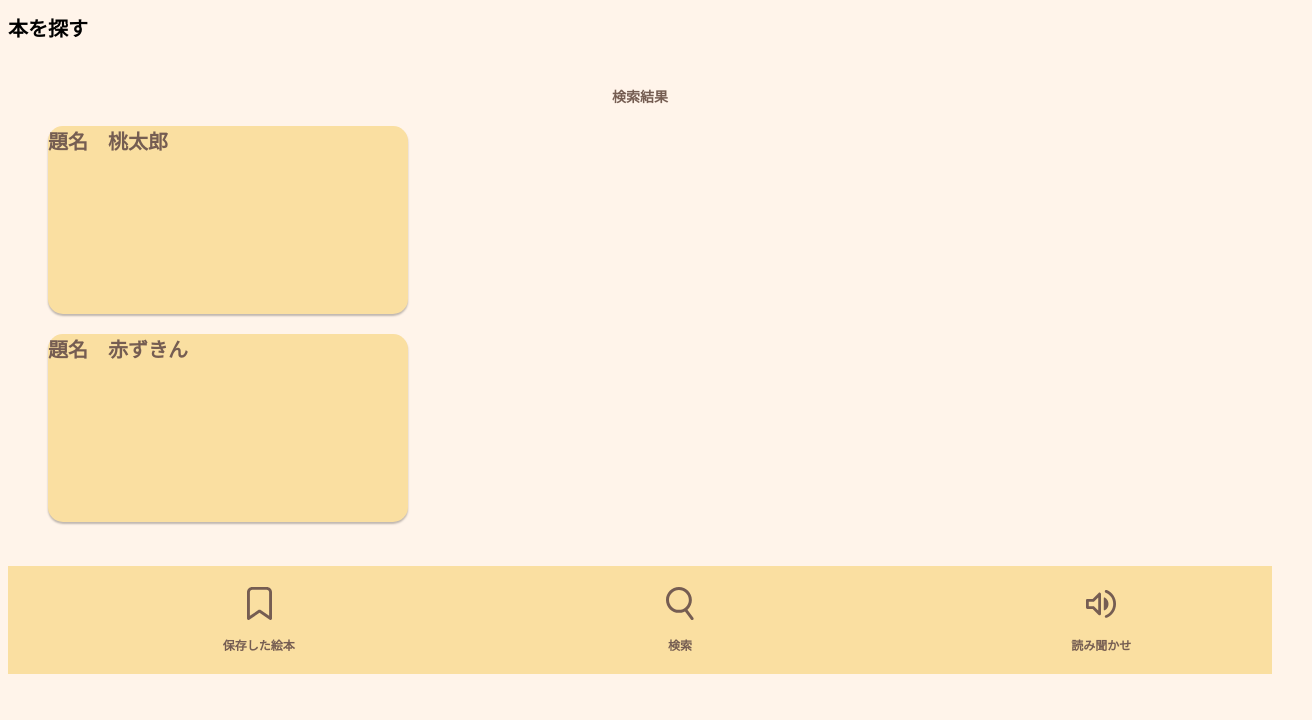
Repository: kmii12/2024-teampj
Page: /result
These files come from the project's save history. The page is drawn as it stood at one moment and after the next save; the edit follows.
The browser window is 1280 px wide. The page is 1312 px wide, so the pictures cover 1312 px, including what lies to the right of the window. The pictures show the whole page.
Some web fonts or font styles are not loaded; a fallback is used. The project was rebuilt for these pictures with package versions that can differ from the ones it lists, and the page was loaded fresh each time. The framework's server and built-in components were replaced by stand-ins that run in the browser. Also part of the build but not shown: next.config.mjs.

Above is the page before, as saved 2024-10-23 10:39:47.

### src/app/result/page.tsx
"use client";

import Link from "next/link";
import styles from "./Result.module.scss";
import { usePathname } from "next/navigation";

export default function Result() {
  const pathname = usePathname();

  //ダミーデータ（あとからfirebaseから取得）
  const ResultDatas = [
    {
      id: 1,
      title: "桃太郎",
      writer: "不明",
      illustrator: "不明",
      livingThing: ["人間", "陸の生き物", "空の生き物"],
      mainCharacter: "桃太郎",
      character: [
        "桃太郎",
        "犬",
        "猿",
        "キジ",
        "鬼",
        "おじいさん",
        "おばあさん",
      ],
      genre: "昔話",
      location: "日本",
      hue: "不明",
      atmosphere: "",
      season: "不明",
    },
    {
      id: 2,
      title: "赤ずきん",
      writer: "不明",
      illustrator: "不明",
      livingThing: ["人間", "陸の生き物", "空の生き物"],
      mainCharacter: "赤ずきん",
      character: ["赤ずきん", "おばあさん", "オオカミ"],
      hue: "不明",
      atmosphere: ["かわいい", "怖い"],
      genre: "昔話",
      location: "海外",
      season: "不明",
    },
  ];
  return (
    <>
      <h1>本を探す</h1>

      <div className={styles.resultContainer}>
        <h2>検索結果</h2>
        <ul className={styles.resultList}>
          <div className={styles.resultItemWrap}>
            {ResultDatas.map((result) => (
              <li key={result.id} className={styles.resultItem}>
                <h3 className="title">題名　{result.title}</h3>
              </li>
            ))}
          </div>
        </ul>
      </div>
    </>
  );
}

### src/app/globals.css
html {
  font-size: 62.5%;
}

body {
  font-family: "Zen Maru Gothic", serif;
  background-color: #fff4ea;
}

a {
  color: inherit;
  text-decoration: none;
}

li {
  list-style-type: none;
}

### src/app/components/Footer.tsx
"use client";

import Link from "next/link";
import styles from "./Footer.module.scss";
import { usePathname } from "next/navigation";

export default function Footer() {
  const pathname = usePathname();

  return (
    <footer className={styles.footer}>
      <nav>
        <ul>
          <li>
            <Link
              href="/saved"
              className={pathname === "/saved" ? styles.active : ""}
            >
              <svg
                xmlns="http://www.w3.org/2000/svg"
                width="40"
                height="40"
                viewBox="0 0 40 40"
                fill="none"
              >
                <path
                  d="M31.5577 36C31.2643 35.9944 30.9782 35.9096 30.7308 35.7549L20.5 28.7589L10.2692 35.7549C10.0433 35.8898 9.78379 35.9611 9.51923 35.9611C9.25467 35.9611 8.99521 35.8898 8.76923 35.7549C8.54791 35.643 8.3604 35.4762 8.22542 35.271C8.09043 35.0658 8.01271 34.8295 8 34.5857V8.18571C8 6.81038 8.55718 5.49137 9.54895 4.51886C10.5407 3.54635 11.8859 3 13.2885 3H27.7115C29.1141 3 30.4593 3.54635 31.451 4.51886C32.4428 5.49137 33 6.81038 33 8.18571V34.5857C33.001 34.8425 32.9297 35.0945 32.7939 35.3141C32.6582 35.5337 32.4633 35.7123 32.2308 35.8303C32.0245 35.9413 31.793 35.9996 31.5577 36ZM20.5 25.6286C20.7947 25.6255 21.0833 25.7111 21.3269 25.8737L30.1154 31.8703V8.18571C30.1154 7.56056 29.8621 6.96101 29.4113 6.51896C28.9605 6.07691 28.3491 5.82857 27.7115 5.82857H13.2885C12.6509 5.82857 12.0395 6.07691 11.5887 6.51896C11.1379 6.96101 10.8846 7.56056 10.8846 8.18571V31.8703L19.6731 25.8737C19.9167 25.7111 20.2053 25.6255 20.5 25.6286Z"
                  fill={pathname === "/saved" ? "#c96868" : "#755D52"}
                />
              </svg>
              <p
                style={{
                  color: pathname === "/saved" ? "#c96868" : "#755D52",
                }}
              >
                保存した絵本
              </p>
            </Link>
          </li>
          <li>
            <Link href="/" className={pathname === "/" ? styles.active : ""}>
              <svg
                xmlns="http://www.w3.org/2000/svg"
                width="40"
                height="40"
                viewBox="0 0 40 40"
                fill="none"
              >
                <path
                  fillRule="evenodd"
                  clipRule="evenodd"
                  d="M18.9346 25.8692C24.4214 25.8692 28.8692 21.4214 28.8692 15.9346C28.8692 10.4479 24.4214 6 18.9346 6C13.4479 6 9 10.4479 9 15.9346C9 21.4214 13.4479 25.8692 18.9346 25.8692ZM18.9346 28.8692C26.0782 28.8692 31.8692 23.0782 31.8692 15.9346C31.8692 8.79103 26.0782 3 18.9346 3C11.791 3 6 8.79103 6 15.9346C6 23.0782 11.791 28.8692 18.9346 28.8692Z"
                  fill={pathname === "/" ? "#c96868" : "#755D52"}
                />
                <path
                  fillRule="evenodd"
                  clipRule="evenodd"
                  d="M33.0447 35.7533C32.3807 36.2486 31.4408 36.1119 30.9455 35.4479L25.0052 27.4848C24.5099 26.8208 24.6466 25.881 25.3106 25.3856C25.9746 24.8903 26.9145 25.027 27.4098 25.691L33.3501 33.6541C33.8455 34.3181 33.7087 35.2579 33.0447 35.7533Z"
                  fill={pathname === "/" ? "#c96868" : "#755D52"}
                />
              </svg>
              <p
                style={{
                  color: pathname === "/" ? "#c96868" : "#755D52",
                }}
              >
                検索
              </p>
            </Link>
          </li>
          <li>
            <Link
              href="/read"
              className={pathname === "/read" ? styles.active : ""}
            >
              <svg
                xmlns="http://www.w3.org/2000/svg"
                width="40"
                height="40"
                viewBox="0 0 40 40"
                fill="none"
              >
                <path
                  d="M32.2221 19.8994C32.2221 17.3902 31.5324 15.124 30.1529 13.1006C28.7732 11.0776 26.9538 9.59382 24.6946 8.64937C24.3335 8.49187 24.0742 8.24423 23.9167 7.90646C23.7592 7.5684 23.7499 7.22812 23.8888 6.88562C24.0371 6.51507 24.2987 6.25576 24.6737 6.10771C25.0487 5.95965 25.4307 5.96424 25.8196 6.12146C28.5879 7.27896 30.8101 9.10076 32.4862 11.5869C34.1621 14.073 35 16.8438 35 19.8994C35 22.9549 34.1621 25.7258 32.4862 28.2119C30.8101 30.698 28.5879 32.5198 25.8196 33.6773C25.4307 33.8345 25.0487 33.8391 24.6737 33.691C24.2987 33.543 24.0371 33.2837 23.8888 32.9131C23.7499 32.5706 23.7592 32.2303 23.9167 31.8923C24.0742 31.5545 24.3335 31.3069 24.6946 31.1494C26.9538 30.2049 28.7732 28.7212 30.1529 26.6981C31.5324 24.6748 32.2221 22.4085 32.2221 19.8994ZM11.6667 24.941H6.38875C5.99069 24.941 5.65972 24.8091 5.39583 24.5452C5.13194 24.2813 5 23.9503 5 23.5523V16.3298C5 15.9317 5.13194 15.6008 5.39583 15.3369C5.65972 15.073 5.99069 14.941 6.38875 14.941H11.6667L17.6388 8.96896C18.074 8.53368 18.5764 8.4341 19.1458 8.67021C19.7153 8.90632 20 9.33451 20 9.95479V29.9273C20 30.5476 19.7153 30.9758 19.1458 31.2119C18.5764 31.448 18.074 31.3484 17.6388 30.9131L11.6667 24.941ZM27.5 19.941C27.5 21.293 27.1713 22.5315 26.5138 23.6565C25.8565 24.7815 24.9492 25.6587 23.7917 26.2881C23.5508 26.4178 23.3217 26.4109 23.1042 26.2673C22.8867 26.124 22.7779 25.9226 22.7779 25.6631V14.1631C22.7779 13.904 22.8867 13.7026 23.1042 13.559C23.3217 13.4156 23.5508 13.4087 23.7917 13.5381C24.9492 14.177 25.8565 15.0706 26.5138 16.219C27.1713 17.367 27.5 18.6077 27.5 19.941ZM17.2221 13.5244L12.8887 17.719H7.77792V22.1631H12.8887L17.2221 26.3856V13.5244Z"
                  fill={pathname === "/read" ? "#c96868" : "#755D52"}
                />
              </svg>
              <p
                style={{
                  color: pathname === "/read" ? "#c96868" : "#755D52",
                }}
              >
                読み聞かせ
              </p>
            </Link>
          </li>
        </ul>
      </nav>
    </footer>
  );
}

### src/app/result/Result.module.scss
@import "../styles/variables.scss";

.resultContainer {
  color: $text;
  margin: 44px 0; //resultPage全ての上下の余白
  // border: 1px solid #000;

  h2 {
    position: relative;
    text-align: center;
    font-size: 1.4em;
  }
  h3 {
    font-size: 2em;
  }

  li {
    width: 360px;
    height: 188px;
    background-color: $main;
    border-radius: 15px;
    box-shadow: 0px 2px 2px rgba($color: #000000, $alpha: 0.25);
  }
}

### src/app/components/Footer.module.scss
@import "../styles/variables.scss";

.footer {
  width: 100%;
  height: 14vh;
  padding-top: 1vh;
  background-color: $main;
  nav {
    width: inherit;
    height: inherit;
    ul {
      width: inherit;
      height: auto;
      display: flex;
      justify-content: space-around;
      align-items: center;
      li {
        width: calc(100% / 3);
        a {
          display: flex;
          flex-direction: column;
          justify-content: center;
          align-items: center;
          p {
            font-size: 1.2rem;
            font-weight: bold;
          }
        }
      }
    }
  }
}

### src/app/styles/variables.scss
// sassでカラーを使用するとき用

// 使用するファイルで最初に下記を記述
// コンポーネント用 → @import "../styles/variables.scss";
// ページ用 → @import "./styles/variables.scss";

$base: #fff4ea;
$main: #fadfa1;
$sub: #c96868;
$accent: #7eacb5;
$text: #755d52;

Loaded but not shown: src/app/layout.tsx (common file)

After the next save:
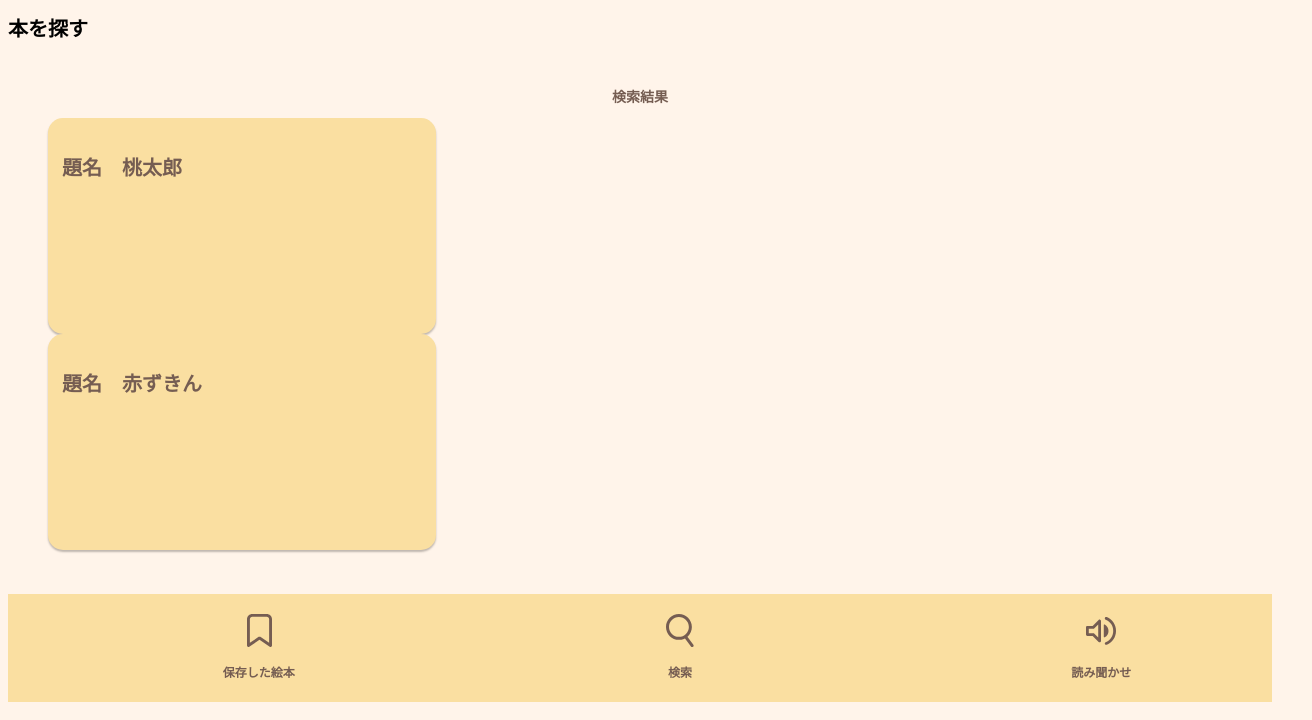
Saved 2 min 5 s later.
--- a/src/app/result/Result.module.scss
+++ b/src/app/result/Result.module.scss
@@ -15,6 +15,7 @@
   }
 
   li {
+    padding: 14px;
     width: 360px;
     height: 188px;
     background-color: $main;
